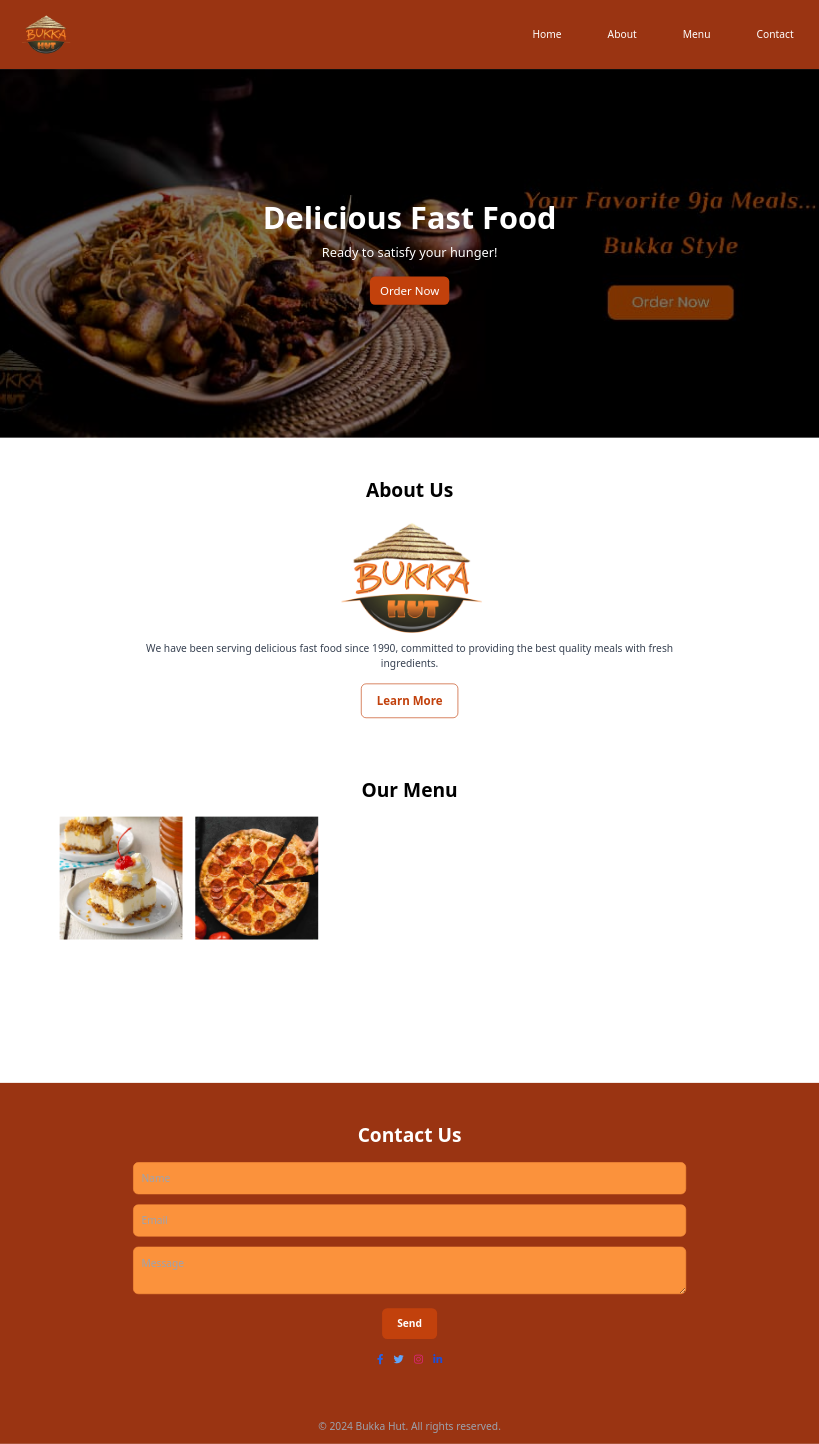
Repository: countaustin1990/BUKKAHUT
Page: INDEX.HTML
An editor plug-in stored every save of this project. The page is shown before and after the next save, followed by the edit.
The browser window is 1280 px wide. The pictures show the whole page, at 64% of full size.
Some web libraries are served in a nearby version.

Above is the page before, as saved 2024-08-24 15:59:50.
Console error: TypeError: Cannot read properties of null (reading 'addEventListener')

After the next save:
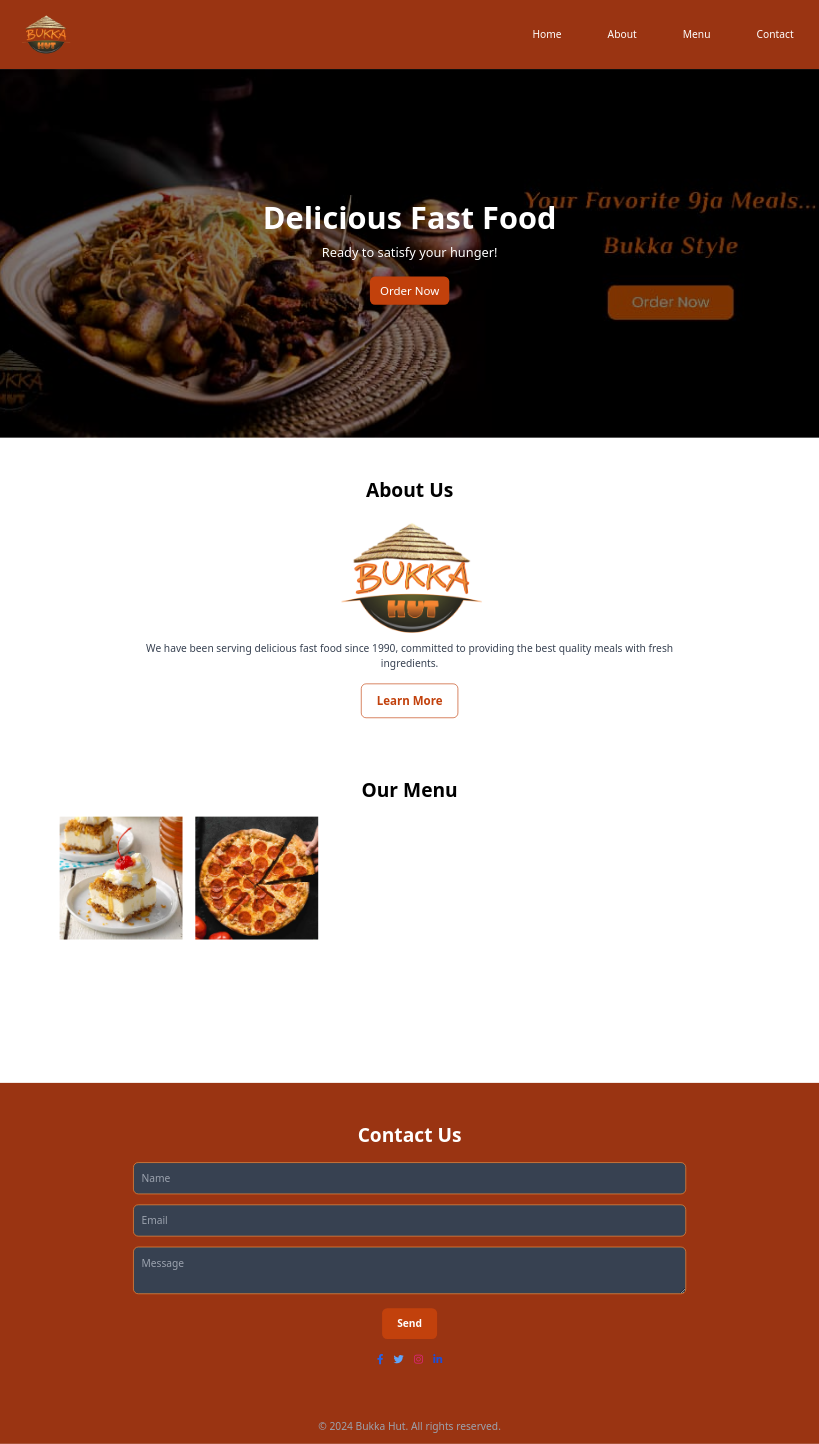
Saved 97 s later.
--- a/INDEX.HTML
+++ b/INDEX.HTML
@@ -127,10 +127,10 @@
         <div class="max-w-4xl mx-auto text-center px-4">
             <h2 class="text-3xl font-bold mb-6">Contact Us</h2>
             <form class="space-y-4">
-                <input type="text" placeholder="Name" required class="w-full p-3 rounded-lg bg-orange-400 border border-orange-400 focus:outline-none focus:ring-2 focus:ring-yellow-500">
-                <input type="email" placeholder="Email" required class="w-full p-3 rounded-lg bg-orange-400 border border border-orange-400 focus:outline-none focus:ring-2 focus:ring-yellow-500">
-                <textarea placeholder="Message" required class="w-full p-3 rounded-lg bg-orange-400 border border border-orange-400 focus:outline-none focus:ring-2 focus:ring-yellow-500"></textarea>
-                <button type="submit" class="bg-orange-700 hover:bg-orange-600 text-white py-3 px-6 rounded-lg font-semibold">Send</button>
+                <input type="text" placeholder="Name" required class="w-full p-3 rounded-lg bg-gray-700 border border-orange-400 focus:outline-none focus:ring-2 focus:ring-yellow-500">
+                <input type="email" placeholder="Email" required class="w-full p-3 rounded-lg bg-gray-700 border border border-orange-400 focus:outline-none focus:ring-2 focus:ring-yellow-500">
+                <textarea placeholder="Message" required class="w-full p-3 rounded-lg bg-gray-700 border border border-orange-400 focus:outline-none focus:ring-2 focus:ring-yellow-500"></textarea>
+                <button type="submit" class="bg-orange-700 hover:bg-gray-700 text-white py-3 px-6 rounded-lg font-semibold">Send</button>
             </form>
         </div>
         <div class="flex justify-center space-x-4 mt-5 font-bold">
